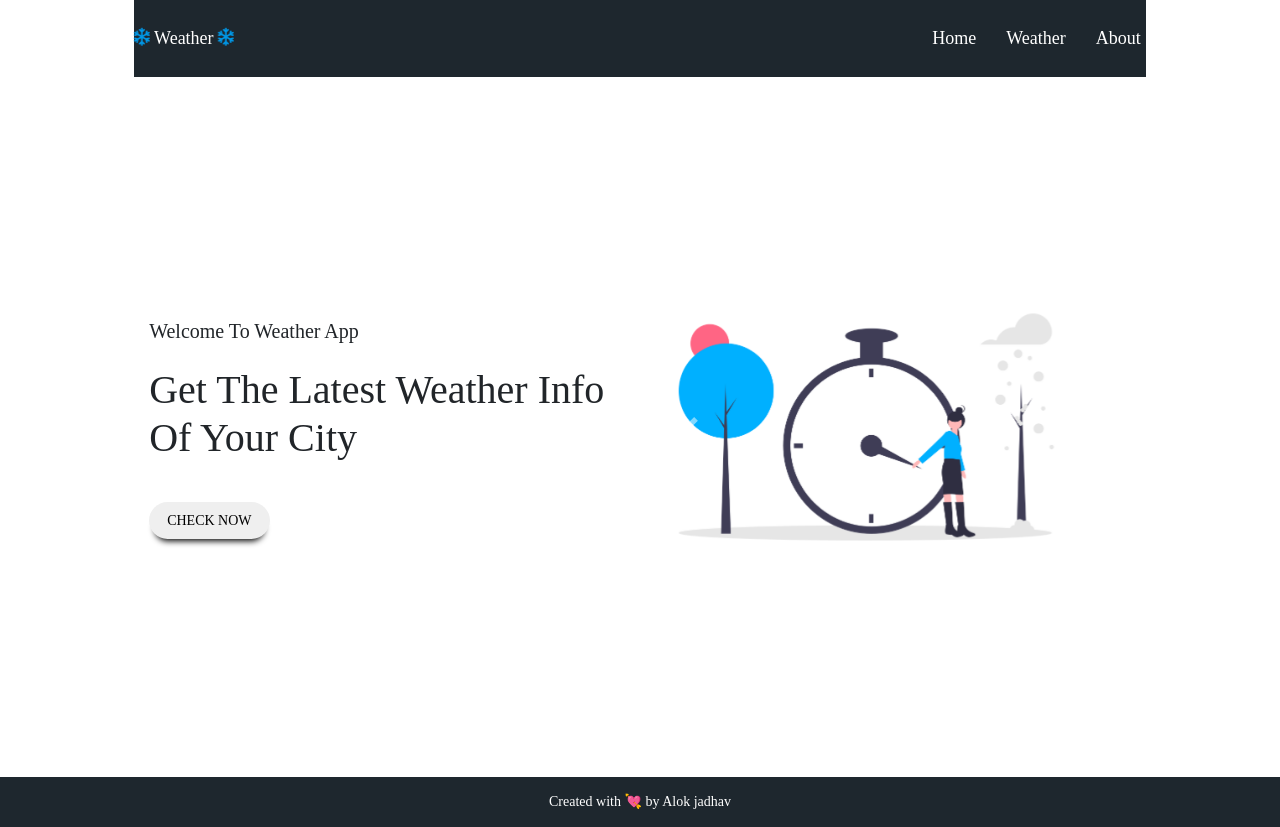
Repository: AalokJadhav/Weather_App
Page: public/index.html
These files come from the project's save history. The page is drawn as it stood at one moment and after the next save; the edit follows.
The browser window is 1280 px wide. The pictures show the whole page.
Some web fonts or font styles are not loaded; a fallback is used. Some web libraries are served in a nearby version.

Above is the page before, as saved 2020-11-15 12:32:22.

After the next save:
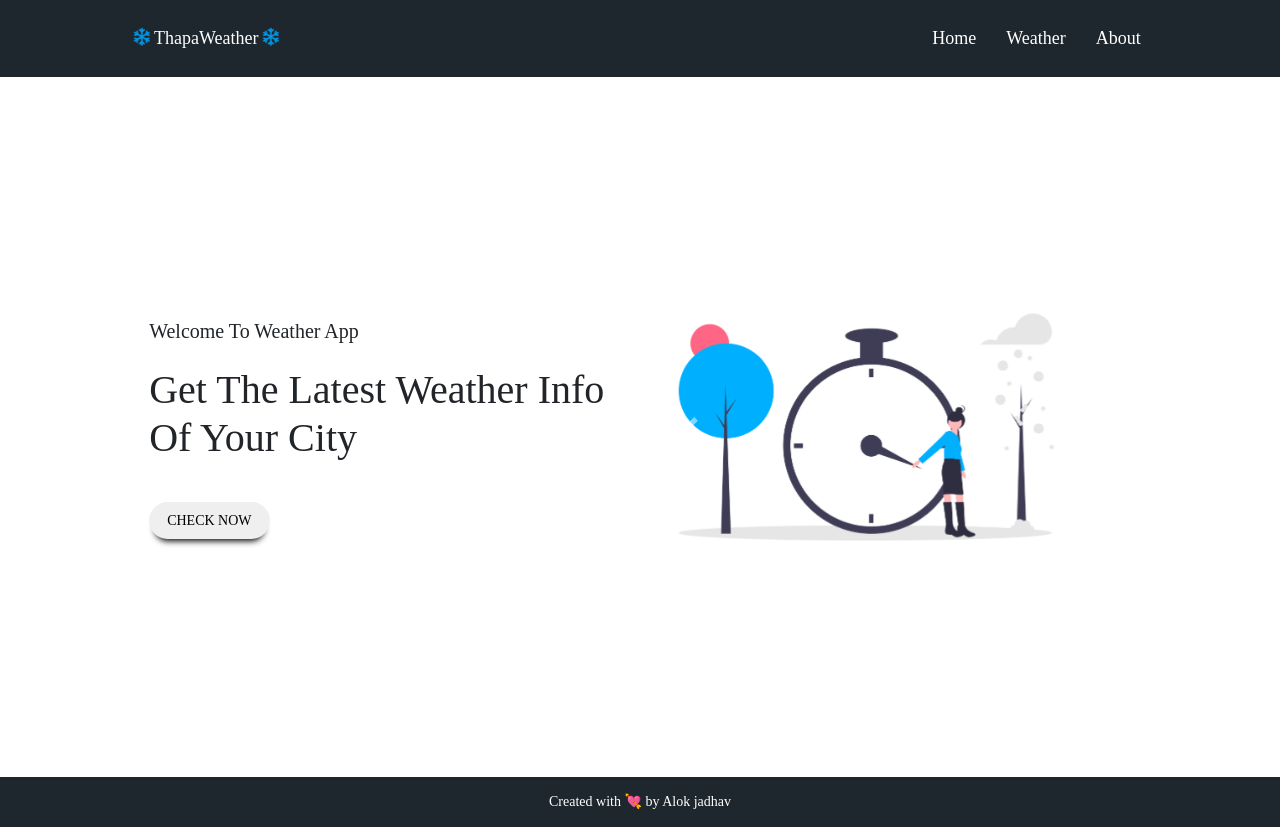
Saved 13 min 28 s later.
--- a/public/index.html
+++ b/public/index.html
@@ -23,15 +23,18 @@
 </head>
 
 <body>
-    <div class="container-fluid main-menu">
+    <div class="container-fluid main_menu">
         <div class="row">
             <div class="col-md-10 col-12 mx-auto">
-                <nav class="navbar navbar-expand-lg">
-                    <a class="navbar-brand" href="#"><i class="far fa-snowflake"></i> Weather <i
+
+
+                <nav class="navbar navbar-expand-lg ">
+
+                    <a class="navbar-brand" href="/"><i class="far fa-snowflake"></i> ThapaWeather <i
                             class="far fa-snowflake"></i></a>
                     <button class="navbar-toggler" type="button" data-toggle="collapse"
-                        data-target="#navbarSupportedContent" aria-controls="navbarSupportedContent"
-                        aria-expanded="false" aria-label="Toggle navigation">
+                        data-target="#navbarSupportedContent" aria-controls="navbarSupportedContent" aria-expanded="false"
+                        aria-label="Toggle navigation">
                         <span class="navbar-toggler-icon"></span>
                     </button>
 
@@ -46,7 +49,9 @@
                             <li class="nav-item">
                                 <a class="nav-link" href="/about">About</a>
                             </li>
+
                         </ul>
+
                     </div>
                 </nav>
             </div>
